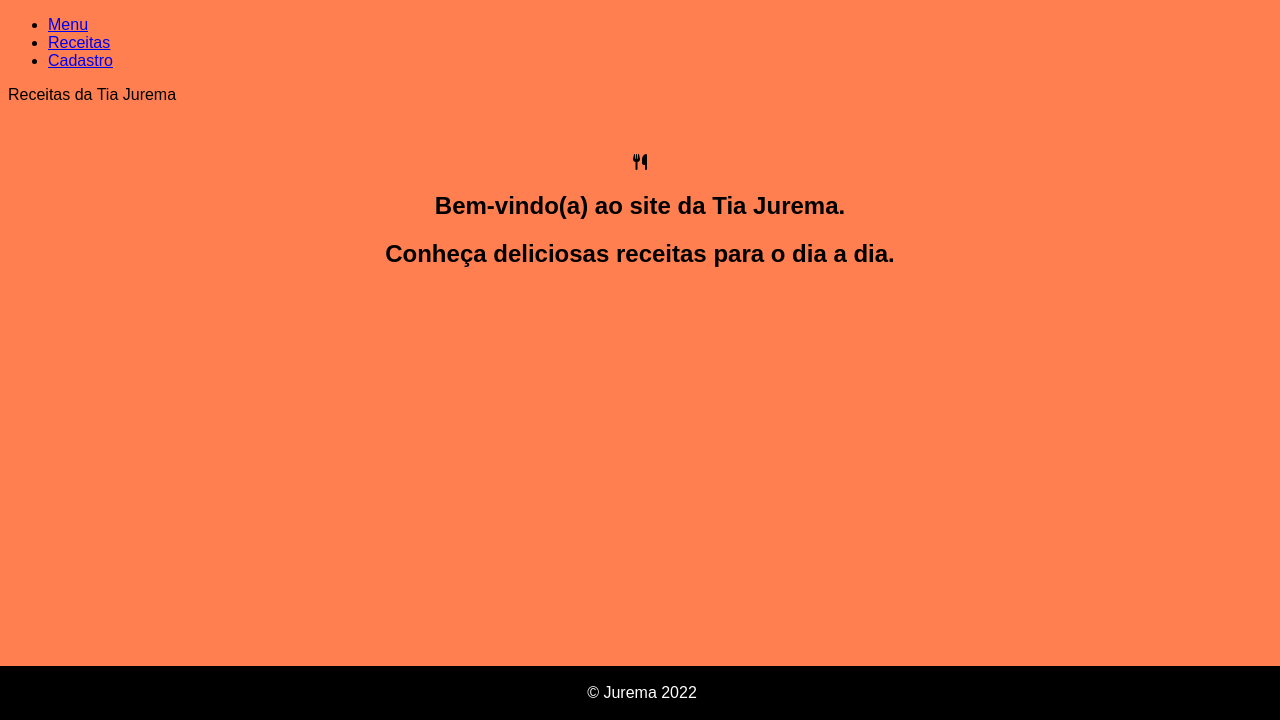
Repository: devropaes/RECEITAS
Page: OneDrive/Área de Trabalho/Estudos/Estácio/receitas/home.html
The author's editor kept a copy of each file at every save. The page is drawn from the files as they stood at one save, then again after the next save.
The browser window is 1280 px wide. The pictures show the whole page.
Some web libraries are served in a nearby version.

Above is the page before, as saved 2024-03-11 21:03:45.

After the next save:
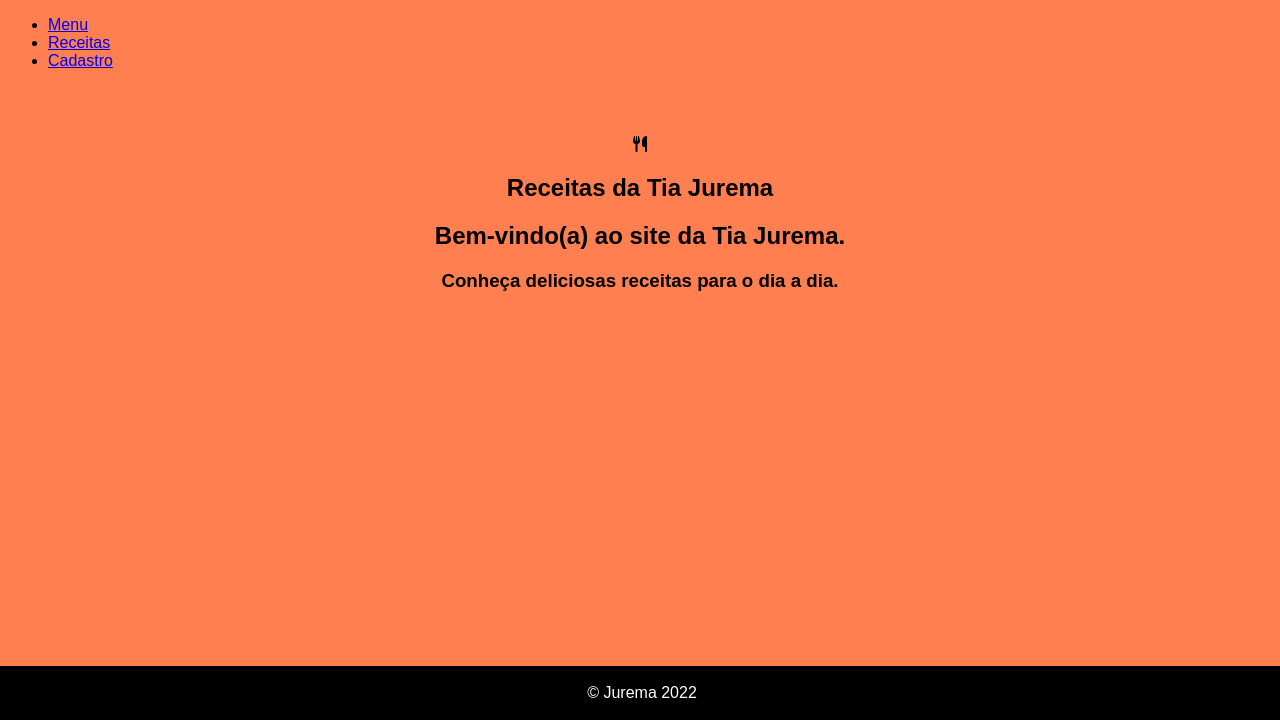
Saved 115 s later.
--- a/OneDrive/Área de Trabalho/Estudos/Estácio/receitas/home.html
+++ b/OneDrive/Área de Trabalho/Estudos/Estácio/receitas/home.html
@@ -16,14 +16,12 @@
       <LI><a href="cadastro.html">Cadastro</a></LI>
     </ul>
 
-        <span class="restaurant-name">Receitas da Tia Jurema</span>
-
         <section class="menu" id="menu">
             <div class="apresentacao">
               <div class="fas fa-utensils"></div>
-
-              <h1>Bem-vindo(a) ao site da Tia Jurema.</h1>
-              <h2>Conheça deliciosas receitas para o dia a dia.</h2>
+              <h1>Receitas da Tia Jurema</h1>
+              <h2>Bem-vindo(a) ao site da Tia Jurema.</h2>
+              <h3>Conheça deliciosas receitas para o dia a dia.</h3>
             </div>
 
        </section>
